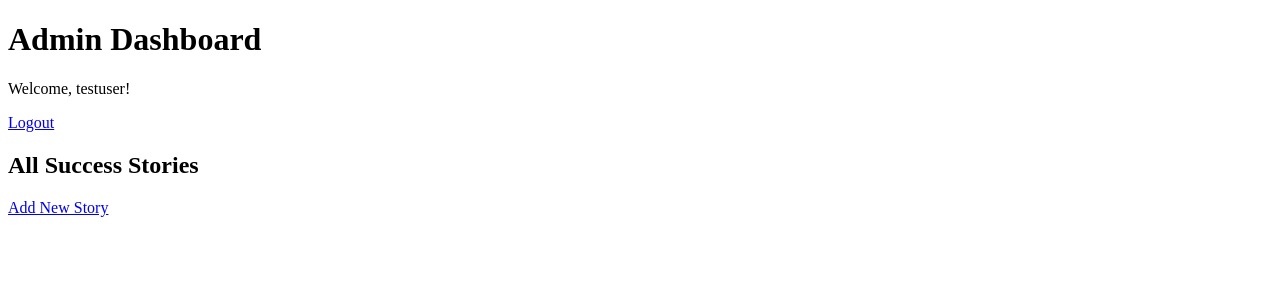
Repository: omas1st/stories
Page: http://localhost/admin/dashboard
These files come from the project's save history. The page is drawn as it stood at one moment and after the next save; the edit follows.
The browser window is 1280 px wide. The pictures show the whole page.
The page is served by the project's Node server (server.js). A made-up user is signed in: {"id": 1, "_id": "000000000000000000000001", "name": "Test User", "username": "testuser", "email": "test@example.com", "role": "admin"}. The session is filled in as if someone had signed in: {"user": "testuser"}. Other server files are loaded and not shown. Queries for data that is not in the repository find no rows.

Above is the page before, as saved 2025-04-06 15:23:26.

### views/admin_dashboard.ejs
<!DOCTYPE html>
<html>
<head>
  <meta charset="UTF-8">
  <title>Admin Dashboard</title>
</head>
<body>
  <h1>Admin Dashboard</h1>
  <p>Welcome, <%= session.user %>!</p>
  <a href="/admin/logout">Logout</a>
  <h2>All Success Stories</h2>
  <ul>
    <% stories.forEach(story => { %>
      <li>
        <strong><%= story.name %></strong> - <%= story.gmail %> - <%= story.successStory %>
      </li>
    <% }) %>
  </ul>
  <a href="/admin/add">Add New Story</a>
</body>
</html>

### server.js
const express = require('express');
const mongoose = require('mongoose');
const dotenv = require('dotenv');
const session = require('express-session');

dotenv.config();

const app = express();

// Set EJS as the view engine
app.set('view engine', 'ejs');
app.use(express.static('public'));

// Body parsing middleware
app.use(express.urlencoded({ extended: true }));
app.use(express.json());

// Session middleware
app.use(session({
  secret: process.env.SECRET_KEY,
  resave: false,
  saveUninitialized: false
}));

// Connect to MongoDB
mongoose.connect(process.env.MONGO_URI, {
  useNewUrlParser: true,
  useUnifiedTopology: true
})
  .then(() => console.log('Connected to MongoDB'))
  .catch(err => console.error('MongoDB connection error:', err));

// Regular routes
const storiesRoute = require('./routes/stories');
app.use('/stories', storiesRoute);

// Admin routes
const adminRoute = require('./routes/admin');
app.use('/admin', adminRoute);

const PORT = process.env.PORT || 3000;
app.listen(PORT, () => console.log(`Server started on port ${PORT}`));

### routes/admin.js
const express = require('express');
const router = express.Router();
const Story = require('../models/story');

// Middleware to check if admin is authenticated
function isAuthenticated(req, res, next) {
  if (req.session && req.session.user) {
    return next();
  } else {
    res.redirect('/admin/login');
  }
}

// GET /admin/login: Display login form
router.get('/login', (req, res) => {
  res.render('admin_login', { error: null });
});

// POST /admin/login: Process login form
router.post('/login', (req, res) => {
  const { username, password } = req.body;
  if (username === process.env.ADMIN_USER && password === process.env.ADMIN_PASS) {
    req.session.user = username;
    res.redirect('/admin/dashboard');
  } else {
    res.render('admin_login', { error: 'Invalid credentials' });
  }
});

// GET /admin/dashboard: Admin dashboard with list of stories
router.get('/dashboard', isAuthenticated, async (req, res) => {
  try {
    const stories = await Story.find();
    res.render('admin_dashboard', { stories, session: req.session });
  } catch (err) {
    console.error(err);
    res.status(500).send('Server error');
  }
});

// GET /admin/add: Display form to add a new story
router.get('/add', isAuthenticated, (req, res) => {
  res.render('admin_add');
});

// POST /admin/add: Process new story form submission
router.post('/add', isAuthenticated, async (req, res) => {
  try {
    const { name, gmail, successStory, image } = req.body;
    const newStory = new Story({
      name,
      gmail,
      successStory,
      image: image || 'img1.jpg'
    });
    await newStory.save();
    res.redirect('/admin/dashboard');
  } catch (err) {
    console.error(err);
    res.status(500).send('Error adding story');
  }
});

// GET /admin/edit/:id: Display form to edit a story
router.get('/edit/:id', isAuthenticated, async (req, res) => {
  try {
    const story = await Story.findById(req.params.id);
    res.render('admin_edit', { story });
  } catch (err) {
    console.error(err);
    res.redirect('/admin/dashboard');
  }
});

// POST /admin/edit/:id: Process the edit form submission
router.post('/edit/:id', isAuthenticated, async (req, res) => {
  try {
    const { name, gmail, successStory, image } = req.body;
    await Story.findByIdAndUpdate(req.params.id, { name, gmail, successStory, image });
    res.redirect('/admin/dashboard');
  } catch (err) {
    console.error(err);
    res.redirect('/admin/dashboard');
  }
});

// GET /admin/delete/:id: Delete a story
router.get('/delete/:id', isAuthenticated, async (req, res) => {
  try {
    await Story.findByIdAndDelete(req.params.id);
    res.redirect('/admin/dashboard');
  } catch (err) {
    console.error(err);
    res.redirect('/admin/dashboard');
  }
});

// GET /admin/logout: Log out the admin
router.get('/logout', (req, res) => {
  req.session.destroy();
  res.redirect('/admin/login');
});

module.exports = router;

After the next save:
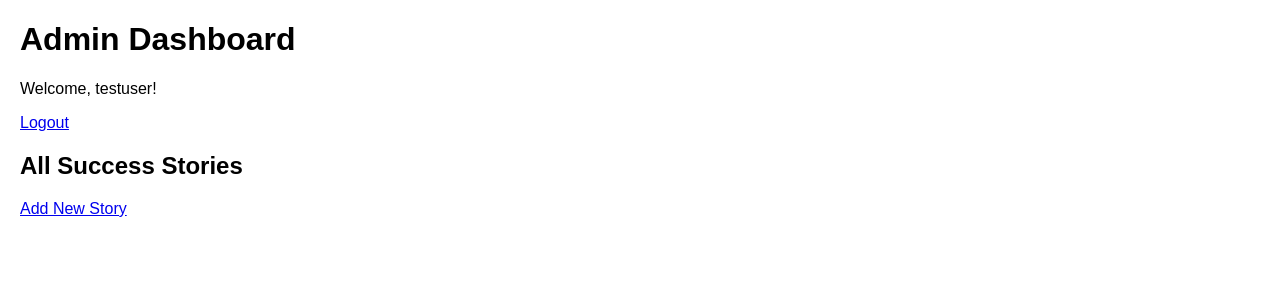
Saved 98 s later.
--- a/views/admin_dashboard.ejs
+++ b/views/admin_dashboard.ejs
@@ -3,6 +3,12 @@
 <head>
   <meta charset="UTF-8">
   <title>Admin Dashboard</title>
+  <style>
+    body { font-family: Arial, sans-serif; margin: 20px; }
+    ul { list-style-type: none; padding: 0; }
+    li { margin-bottom: 10px; }
+    a { margin-right: 10px; }
+  </style>
 </head>
 <body>
   <h1>Admin Dashboard</h1>
@@ -13,6 +19,8 @@
     <% stories.forEach(story => { %>
       <li>
         <strong><%= story.name %></strong> - <%= story.gmail %> - <%= story.successStory %>
+        [<a href="/admin/edit/<%= story._id %>">Edit</a>]
+        [<a href="/admin/delete/<%= story._id %>" onclick="return confirm('Are you sure you want to delete this story?');">Delete</a>]
       </li>
     <% }) %>
   </ul>
